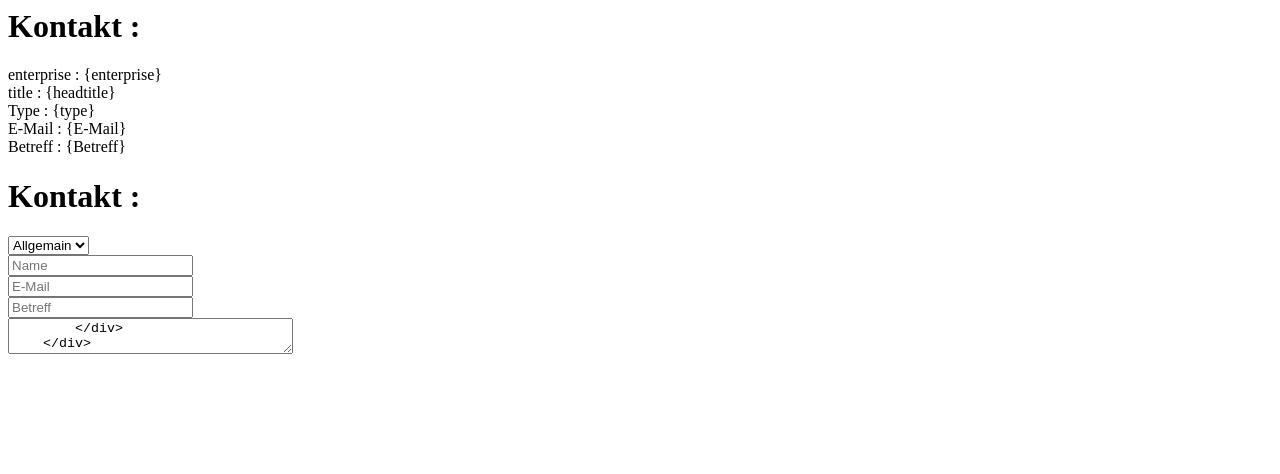
Repository: afif-dhaw/extension-builder
Page: extensions/formation/Resources/Private/Templates/Content/Contact.html
The author's editor kept a copy of each file at every save. The page is drawn from the files as they stood at one save, then again after a run of saves.
The browser window is 1280 px wide. The pictures show the whole page.

Above is the page before, as saved 2023-03-27 09:09:22.

After the next 2 saves:
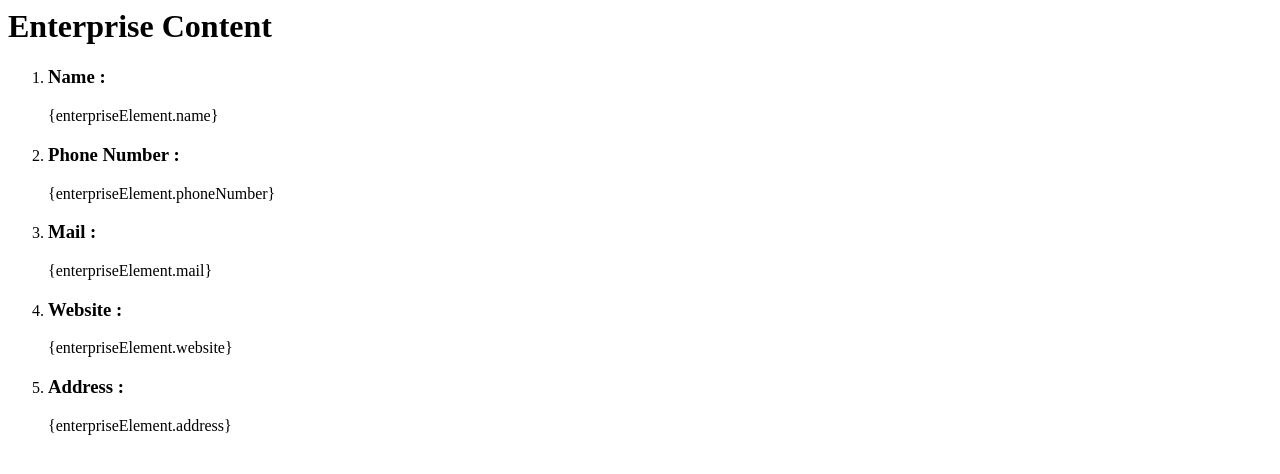
The 2 saves are shown as one change because they came seconds apart.
The last was saved 7 s later.
--- a/extensions/formation/Resources/Private/Templates/Content/Contact.html
+++ b/extensions/formation/Resources/Private/Templates/Content/Contact.html
@@ -1,51 +1,40 @@
 <html data-namespace-typo3-fluid="true" xmlns:f="http://typo3.org/ns/TYPO3Fluid/Fluid/ViewHelpers"
     xmlns:v="http://typo3.org/ns/FluidTYPO3/Vhs/ViewHelpers"
-    xmlns:flux="http://typo3.org/ns/FluidTYPO3/Flux/ViewHelpers" xmlns:project="EW72\Project\ViewHelpers">
+    xmlns:flux="http://typo3.org/ns/FluidTYPO3/Flux/ViewHelpers" xmlns:p="Project\Project\ViewHelpers">
 
 <f:layout name="Default" />
+
 <f:section name="Configuration">
-    <flux:form id="ContactPage" label="ContactPage" description="contact_page">
-        <flux:field.select name="type" label="type" items="Allgemein, Allgemein, Allgemein" />
-        <flux:field.input name="enterprise" label="enterprise" maxCharacters="255" />
-        <flux:field.input name="E-Mail" label="E-Mail" maxCharacters="255" />
-        <flux:field.input name="Betreff" label="Betreff" maxCharacters="255" />
-        <flux:field.text name="Text" label="Text" rows="5" cols="30" />
+    <flux:form id="enterprise_content" label="Enterprise Content" description="Enterprise Content">
 
     </flux:form>
 </f:section>
 
 <f:section name="Preview">
-    <f:comment>
-        <h1>Kontakt :</h1>
-        enterprise : {enterprise}<br>
-        title : {headtitle} <br>
-        Type : {type} <br>
-        E-Mail : {E-Mail}<br>
-        Betreff : {Betreff}<br>
-    </f:comment>
+    <h1>Enterprise Content</h1>
 </f:section>
 
 <f:section name="Main">
+    <p:enterpriseGetContent enterpriseId="{enterpriseId}">
+
     </p:enterpriseGetContent>
-    <div class="row">
-        <div class="col-md-6">
-            <div class="form-contact">
-                <h1>Kontakt :</h1>
-                <select name="pets" id="pet-select">
-                    <option value="">Allgemain</option>
-                    <option value="dog">Allgemain</option>
-                    <option value="cat">Allgemain</option>
-                </select></br>
-                <input type="text" id="Name" name="Name" placeholder="Name"></br>
-                <input type="text" id="Mail" name="Mail" placeholder="E-Mail"></br>
-                <input type="text" id="Betreff" name="Betreff" placeholder="Betreff"></br>
-                <textarea id="area_txt" name="Text" srows="15" cols="33" placeholder="Text">
-        </div>
-    </div>
-    <div class="col-md-6">
-bo,njout
-    </div>
-</div>
+    <ol>
+        <li>
+            <h3>Name : </h3>{enterpriseElement.name}
+        </li>
+        <li>
+            <h3>Phone Number : </h3>{enterpriseElement.phoneNumber}
+        </li>
+        <li>
+            <h3>Mail : </h3>{enterpriseElement.mail}
+        </li>
+        <li>
+            <h3>Website : </h3>{enterpriseElement.website}
+        </li>
+        <li>
+            <h3>Address : </h3>{enterpriseElement.address}
+        </li>
+    </ol>
 </f:section>
 
 </html>

After the 4 saves that followed:
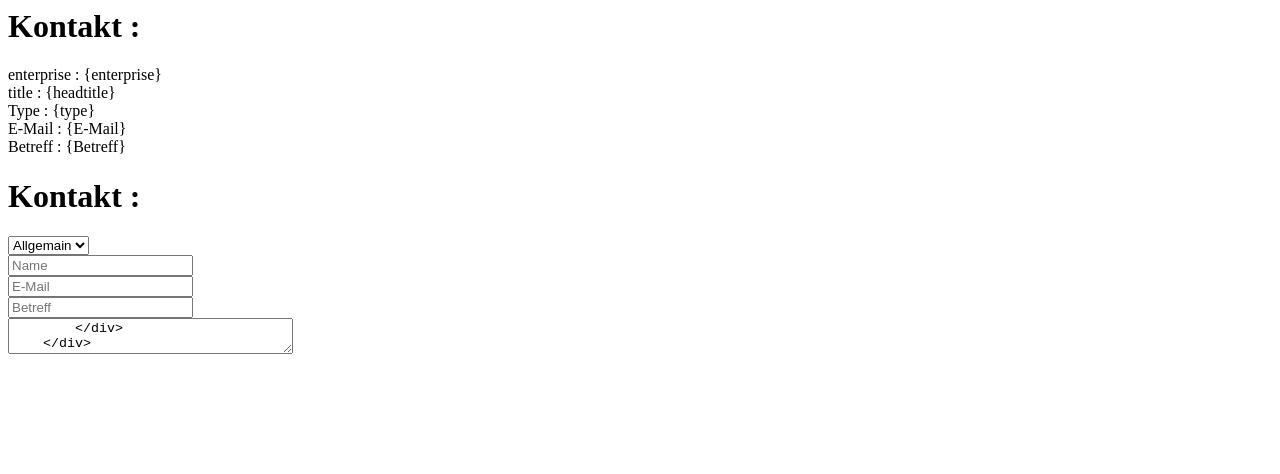
The 4 saves are shown as one change because they came seconds apart.
The last was saved 3 min 27 s later.
--- a/extensions/formation/Resources/Private/Templates/Content/Contact.html
+++ b/extensions/formation/Resources/Private/Templates/Content/Contact.html
@@ -1,40 +1,50 @@
 <html data-namespace-typo3-fluid="true" xmlns:f="http://typo3.org/ns/TYPO3Fluid/Fluid/ViewHelpers"
     xmlns:v="http://typo3.org/ns/FluidTYPO3/Vhs/ViewHelpers"
-    xmlns:flux="http://typo3.org/ns/FluidTYPO3/Flux/ViewHelpers" xmlns:p="Project\Project\ViewHelpers">
+    xmlns:flux="http://typo3.org/ns/FluidTYPO3/Flux/ViewHelpers" xmlns:project="EW72\Project\ViewHelpers">
 
 <f:layout name="Default" />
-
 <f:section name="Configuration">
-    <flux:form id="enterprise_content" label="Enterprise Content" description="Enterprise Content">
+    <flux:form id="ContactPage" label="ContactPage" description="contact_page">
+        <flux:field.select name="type" label="type" items="Allgemein, Allgemein, Allgemein" />
+        <flux:field.input name="enterprise" label="enterprise" maxCharacters="255" />
+        <flux:field.input name="E-Mail" label="E-Mail" maxCharacters="255" />
+        <flux:field.input name="Betreff" label="Betreff" maxCharacters="255" />
+        <flux:field.text name="Text" label="Text" rows="5" cols="30" />
 
     </flux:form>
 </f:section>
 
 <f:section name="Preview">
-    <h1>Enterprise Content</h1>
+    <f:comment>
+        <h1>Kontakt :</h1>
+        enterprise : {enterprise}<br>
+        title : {headtitle} <br>
+        Type : {type} <br>
+        E-Mail : {E-Mail}<br>
+        Betreff : {Betreff}<br>
+    </f:comment>
 </f:section>
 
 <f:section name="Main">
-    <p:enterpriseGetContent enterpriseId="{enterpriseId}">
-
-    </p:enterpriseGetContent>
-    <ol>
-        <li>
-            <h3>Name : </h3>{enterpriseElement.name}
-        </li>
-        <li>
-            <h3>Phone Number : </h3>{enterpriseElement.phoneNumber}
-        </li>
-        <li>
-            <h3>Mail : </h3>{enterpriseElement.mail}
-        </li>
-        <li>
-            <h3>Website : </h3>{enterpriseElement.website}
-        </li>
-        <li>
-            <h3>Address : </h3>{enterpriseElement.address}
-        </li>
-    </ol>
+    <div class="row">
+        <div class="col-md-6">
+            <div class="form-contact">
+                <h1>Kontakt :</h1>
+                <select name="pets" id="pet-select">
+                    <option value="">Allgemain</option>
+                    <option value="dog">Allgemain</option>
+                    <option value="cat">Allgemain</option>
+                </select></br>
+                <input type="text" id="Name" name="Name" placeholder="Name"></br>
+                <input type="text" id="Mail" name="Mail" placeholder="E-Mail"></br>
+                <input type="text" id="Betreff" name="Betreff" placeholder="Betreff"></br>
+                <textarea id="area_txt" name="Text" srows="15" cols="33" placeholder="Text">
+        </div>
+    </div>
+    <div class="col-md-6">
+bo,njout
+    </div>
+</div>
 </f:section>
 
 </html>
